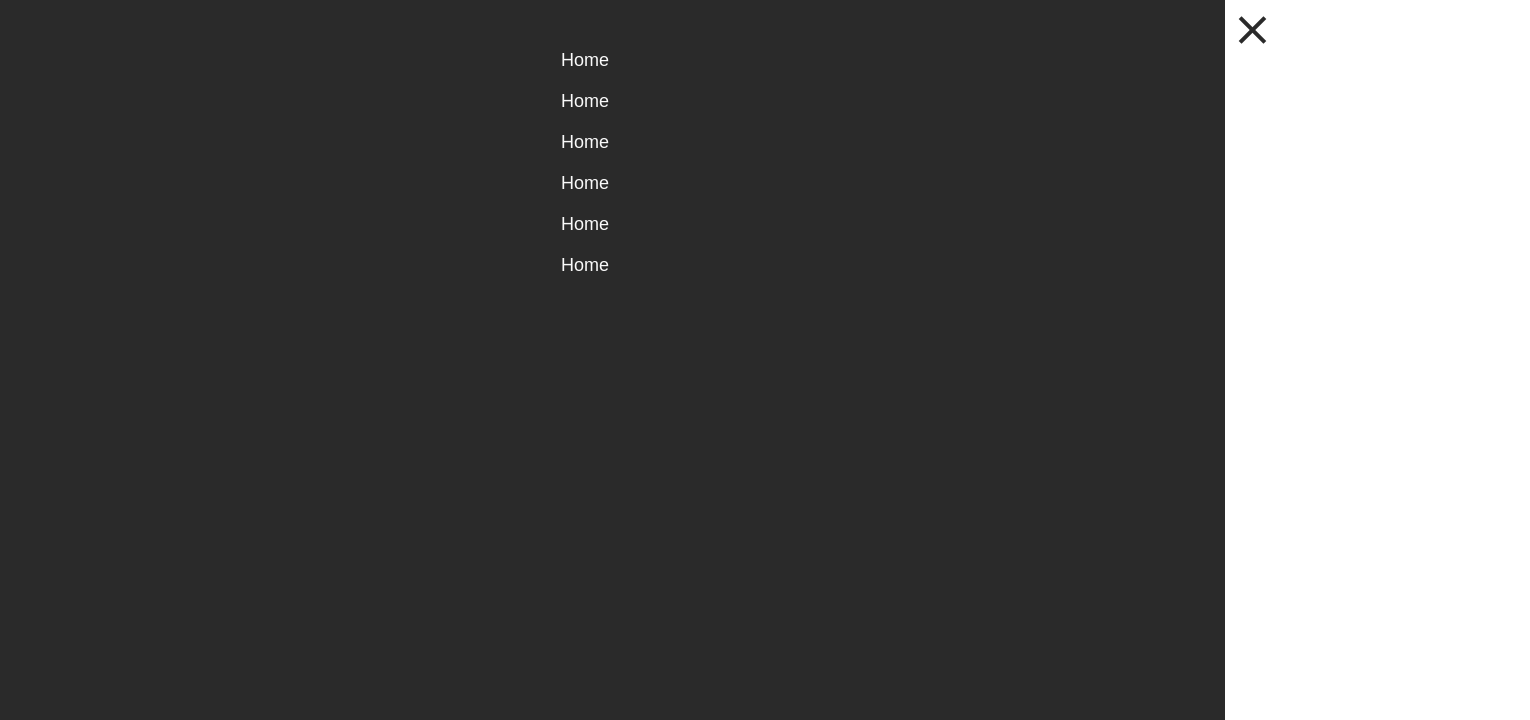
Repository: BaczkiewiczDawid/WorkER
Page: index.html
The author's editor kept a copy of each file at every save. The page is drawn from the files as they stood at one save, then again after the next save.
The browser window is 1280 px wide. The page is 1280 px wide, then 1530 px, so the pictures cover 1530 px, including what lies to the right of the window. The pictures show the whole page.
After loading, the first visible `button.hamburger` was clicked once.
The style sheet was rebuilt from its Sass, Less or Tailwind sources for each picture, by a compiler version that may differ from the author's.

Above is the page before, as saved 2020-04-22 14:11:16.

### index.html
<!DOCTYPE html>
<head>
    <meta charset="UTF-8">
    <meta name="viewport" content="width=device-width, initial-scale=1.0">
    <link href="https://fonts.googleapis.com/css?family=Open+Sans:300,400,600,700,800&display=swap" rel="stylesheet">
    <link rel="stylesheet" href="styles/style.css">
    <title>Document</title>
</head>
<body>
    <nav>
        <h1 class="nav__logo">WorkER</h1>
        <button class="hamburger">
            <span class="hamburger-box">
                <span class="hamburger-inner"></span>
            </span>
            <div class="navigation">
                <ul class="navigation__list">
                    <li class="navigation__item"><a href="#">Home</a></li>
                    <li class="navigation__item"><a href="#">Home</a></li>
                    <li class="navigation__item"><a href="#">Home</a></li>
                    <li class="navigation__item"><a href="#">Home</a></li>
                    <li class="navigation__item"><a href="#">Home</a></li>
                    <li class="navigation__item"><a href="#">Home</a></li>
                </ul>
            </div>
        </button>
    </nav>
    <script src="scripts/app.js"></script>
</body>

### scripts/app.js
const hamburger = document.querySelector('nav .hamburger');
const nav = document.querySelector('nav .hamburger .navigation');

hamburger.addEventListener('click', () => {
  hamburger.classList.toggle('hamburger--active');
  nav.classList.toggle('navigation--active');
});

### styles/style.scss
*, *::before, *::after  {
    margin: 0;
    padding: 0;
    box-sizing: border-box;
}
@mixin hamburger-line {
    width: 100%;
    height: 4px;
    position: absolute;
    left: 0;
    top: 50%;
    transition: .25s;
    z-index: 2;
    background-color: #2a2a2a;
}
body, html {
    font-family: 'Open sans', sans-serif;
}
nav {
    display: flex;
    flex-direction: row;
    .nav__logo {
        display: flex;
        color: #2a2a2a;
        padding: 1rem;
    }
    .hamburger {
        padding: 10px;
        display: inline-block;
        cursor: pointer;
        background-color: transparent;
        border: none;
        margin: 0;
        transition: .25s;
        position: absolute;
        right: 0;
        top: 0;
      }
      .hamburger-box {
        width: 35px;
        height: 35px;
        display: inline-block;
        position: relative;
        transition: .25s;
      }
      .hamburger-inner {
        @include hamburger-line;
      }
      .hamburger-inner::before, .hamburger-inner::after {
        @include hamburger-line;
        content: '';
      }
      .hamburger-inner::before {
        top: -10px;
      }
      .hamburger-inner::after {
        top: 10px;
      }
      .hamburger--active .hamburger-inner {
        background-color: transparent;
      }
      .hamburger--active .hamburger-inner:before {
        transform: translateY(10px) rotate(45deg);
        transition: .25s;
      }
      .hamburger--active .hamburger-inner:after {
        transform: translateY(-10px) rotate(-45deg);
        transition: .25s;
      }
      .navigation {
        height: 100vh;
        width: 100vw;
        background: #2a2a2a;
        position: absolute;
        top: 0;
        left: 0;
        transform: translateX(-100vw);
      }
      .navigation__list {
        margin-top: 50px;
        list-style-type: none;
      }
      .navigation__item {
        margin-bottom: 20px;
        a {
          text-decoration: none;
          font-size: 18px;
          color: #fafafa;
        }
      }
      .navigation--acitve {
        transform: translateX(0);
      }
      .hamburger, .navigation {
        transition: transform .25s ease-in-out;
      }
}

After the next save:
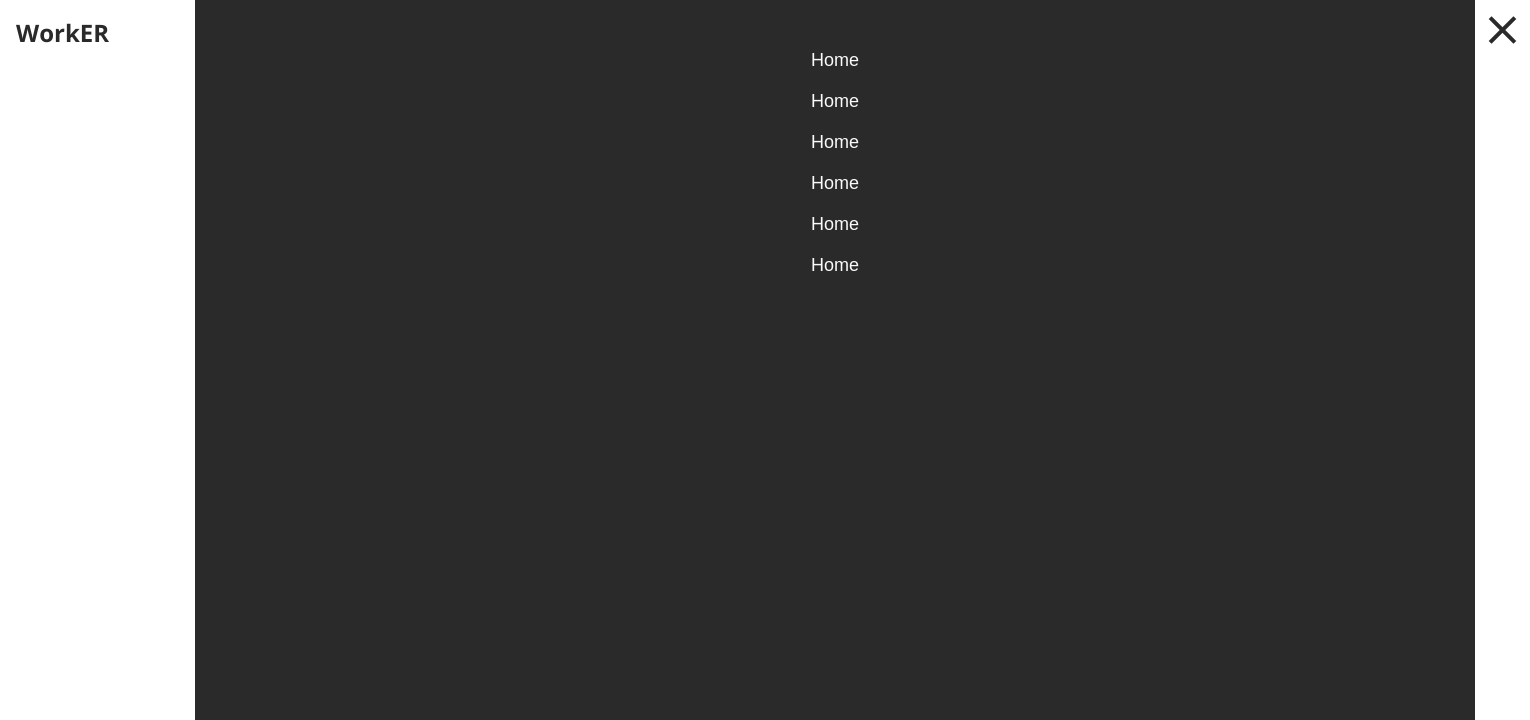
Saved 25 s later.
--- a/styles/style.scss
+++ b/styles/style.scss
@@ -94,4 +94,7 @@
       .hamburger, .navigation {
         transition: transform .25s ease-in-out;
       }
+      .hamburger--active {
+        transform: translateX(250px);
+      }
 }
